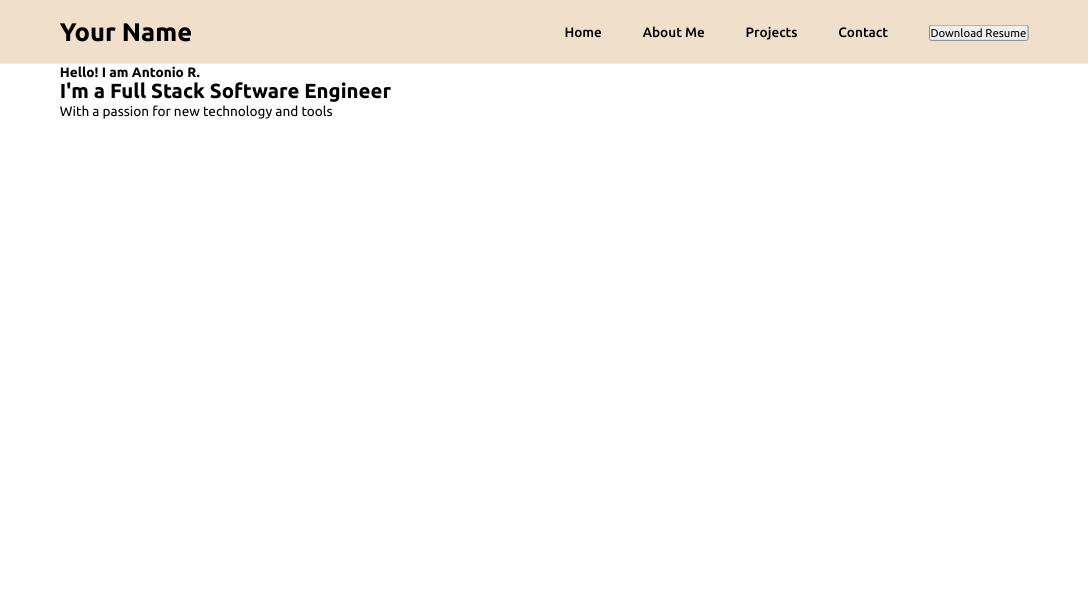
Repository: DevAntonioRogers/vanilla-portfolio
Page: index.html
The author's editor kept a copy of each file at every save. The page is drawn from the files as they stood at one save, then again after the next save.
The browser window is 1280 px wide. The pictures show the whole page, at 85% of full size.

Above is the page before, as saved 2023-07-14 16:13:54.

### index.html
<!DOCTYPE html>
<html lang="en">
  <head>
    <meta charset="UTF-8" />
    <meta name="viewport" content="width=device-width, initial-scale=1.0" />
    <link rel="stylesheet" href="style.css" />
    <title>Antonio Rogers</title>
  </head>
  <body>
    <nav>
      <div class="container navbar">
        <a href="/" aria-label="Home"> <h1>Your Name</h1></a>
        <ul>
          <li>
            <a href="/" aria-label="Home">Home</a>
          </li>
          <li>
            <a href="/" aria-label="About Me">About Me</a>
          </li>
          <li>
            <a href="/" aria-label="Projects">Projects</a>
          </li>
          <li>
            <a href="/" aria-label="Contact">Contact</a>
          </li>
          <li>
            <a href="/resume.pdf" download aria-label="Download Resume">
              <button class="navbar-button">Download Resume</button>
            </a>
          </li>
        </ul>
      </div>
    </nav>

    <section class="hero">
      <div class="container hero-container">
        <div>
          <h4>Hello! I am Antonio R.</h4>
          <h1>I'm a Full Stack Software Engineer</h1>
          <p>With a passion for new technology and tools</p>
        </div>

        <div>
          <img src="" alt="" />
        </div>
      </div>
    </section>
  </body>
</html>

### style.css
@import url("https://fonts.googleapis.com/css2?family=Ubuntu:wght@300;400;500;700&display=swap");

* {
  box-sizing: border-box;
  padding: 0;
  margin: 0;
  font-family: "Ubuntu", sans-serif;
}

a {
  text-decoration: none;
  color: inherit;
}

li {
  list-style: none;
}

.container {
  width: 89%;
  margin: auto;
  max-width: 1500px;
}

nav {
  background: #f0dfcb;
  padding: 20px 0;
}

.navbar {
  display: flex;
  justify-content: space-between;
  align-items: center;
}

.navbar h1 {
  font-size: 30px;
  font-weight: 700;
}

.navbar ul {
  display: flex;
  gap: 3rem;
}

.navbar ul li {
  font-weight: 500;
}

After the next save:
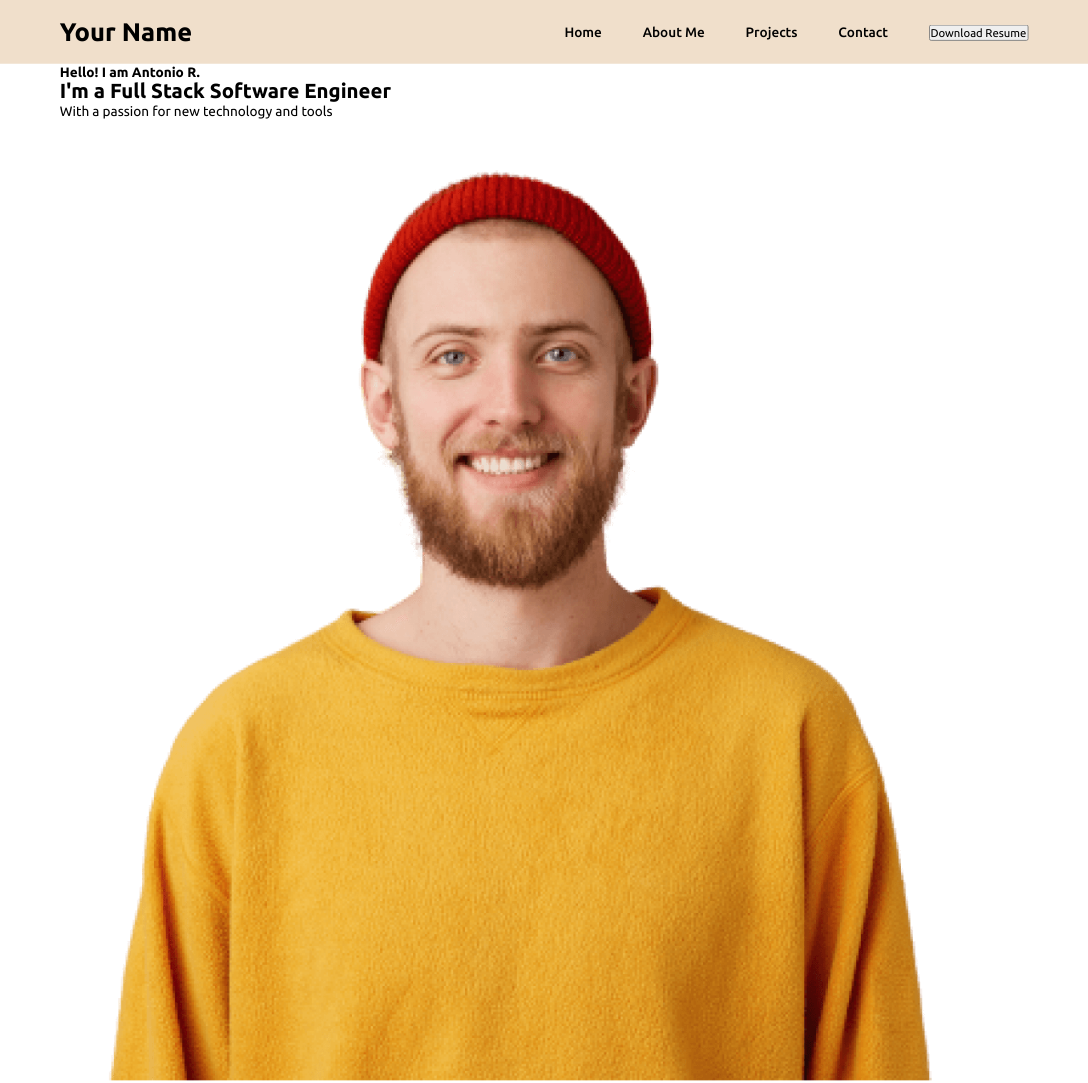
Saved 5 min 4 s later.
--- a/index.html
+++ b/index.html
@@ -41,7 +41,7 @@
         </div>
 
         <div>
-          <img src="" alt="" />
+          <img src="./software.png" alt="" />
         </div>
       </div>
     </section>
